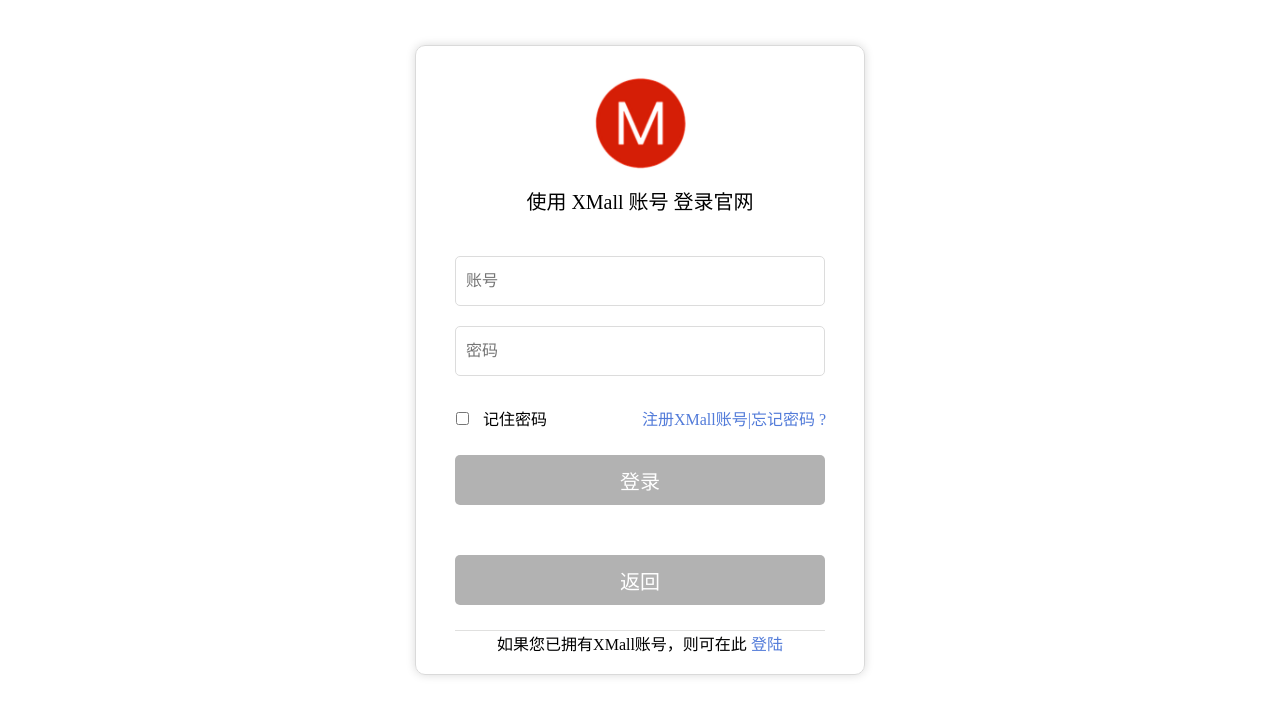
Repository: dingqihui1997/xmall-demo
Page: /signin
An editor plug-in stored every save of this project. The page is shown before and after the next save, followed by the edit.
The browser window is 1280 px wide. The pictures show the whole page.
The project was rebuilt for these pictures with package versions that can differ from the ones it lists, and the page was loaded fresh each time. Also part of the build but not shown: vue.config.js, src/views/Home.vue.

Above is the page before, as saved 2021-06-29 17:49:40.

### src/main.js
import Vue from 'vue'
import App from './App.vue'
import router from './router'
import store from './store'
import ElementUI from 'element-ui';
import 'element-ui/lib/theme-chalk/index.css';
Vue.use(ElementUI);
Vue.config.productionTip = false

new Vue({
  router,
  store,
  render: h => h(App)
}).$mount('#app')

### src/App.vue
<template>
  <div id="app">
    <router-view />
  </div>
</template>

<style lang="scss">
@import "./styles/common";
@import "./styles/ui";
</style>

### src/router/index.js
import Vue from 'vue'
import VueRouter from 'vue-router'
import Home from '../views/Home.vue'

Vue.use(VueRouter)

const routes = [
  {
    path: '/',
    name: 'Home',
    component: Home
  },
  {//登录
    path: '/signin',
    name: 'Signin',
    component: () => import('../components/signin/Signin.vue')
  },
  {//注册
    path: '/register',
    name: 'Register',
    component: () => import('../components/register/Register.vue')
  },


]

const router = new VueRouter({
  mode: 'history',
  base: process.env.BASE_URL,
  routes
})

export default router

### src/styles/common.scss
 * {
     margin: 0;
     padding: 0;
 }

 .center {
     //居中显示
     margin: auto;
     position: absolute;
     top: 0;
     bottom: 0;
     left: 0;
     right: 0;
 }

 * {
     box-sizing: border-box;
 }

 .wi100 {
     width: 100%;
 }

 .hei100 {
     height: 100%;
 }

 .pflex {
     position: fixed;
     /* 固定定位 */
 }

 .flex {
     display: flex;
 }

 .flex-wrap {
     /* 子元素换行排列 */
     display: flex;
     flex-wrap: wrap;
     align-items: center;
 }

 .flex-j {
     display: flex;
     justify-content: center;
     /* 水平方向居中 */
 }

 .flex-a {
     display: flex;
     align-items: center;
     /* 垂直方向居中 */
 }

 .flex-ja {
     /* felx-ja 垂直水平方向居中 */
     display: flex;
     align-items: center;
     justify-content: center;
 }

 .flex-sb {
     /* flex-sb 子元素两边排列 */
     display: flex;
     justify-content: space-between;
 }

 .flex-sba {
     /* flex-sb 子元素两边排列 bing居中 */
     display: flex;
     justify-content: space-between;
     align-items: center;
 }

 .flex-d {
     /* z子元素竖向排列 */
     display: flex;
     flex-direction: column;
 }

 .flex-di {
     /* 子元素竖向排列并居中 */
     display: flex;
     flex-direction: column;
     align-items: center;
 }

 .flex-dj {
     /* 子元素竖向排列并居中 */
     display: flex;
     flex-direction: column;
 }

 .flex-dji {
     /* 子元素竖向排列并水平垂直居中 */
     display: flex;
     flex-direction: column;
     align-items: center;
     justify-content: center;
 }

 .pad-t10 {
     padding-top: 10px;
 }

 .pad-t15 {
     padding-top: 15px;
 }

 .margin-r55 {
     margin-right: 55px;
 }

 .marginauto {
     margin: 0 auto;
 }

 .img100 {
     width: 100%;
     height: 100%;
 }

 .img50 {
     width: 50%;
     height: 50%;
 }

 .imgh100 {
     height: 100%;
 }

 .img45 {
     width: 45%;
     height: 45%;
 }

 .img80 {
     width: 80%;
     height: 80%;
 }

 .font20 {
     font-size: 20px;
 }

 .font18 {
     font-size: 18px;
 }

 .font16 {
     font-size: 16px;
 }

 .font14 {
     font-size: 14px;
 }

 .font12 {
     font-size: 12px;
 }

 .flex1 {
     flex: 1;
 }

 .flex2 {
     flex: 1.5;
 }

 .color30 {
     color: #000000;
 }

 .color3f {
     /* 白色 */
     color: #fff;
 }

 .margin-t10 {
     margin-top: 10px;
 }

 .margin-t5 {
     margin-top: 5px;
 }

 .margin-t20 {
     margin-top: 20px;
 }

 .margin-r5 {
     margin-right: 5px;
 }

 .margin-r15 {
     margin-right: 15px;
 }

 .margin-r10 {
     margin-right: 10px;
 }

 .margin-r20 {
     margin-right: 20px;
 }

 .margin-r30 {
     margin-right: 30px;
 }

 .margin-l10 {
     margin-left: 10px;
 }

 .margin-l20 {
     margin-left: 20px;
 }

 .margin-b10 {
     margin-bottom: 10px;
 }

 .text-de {
     /* 有下划线 */
     text-decoration: underline;
 }

 .text-li {
     text-decoration: line-through;
     /* 删除线 */
 }

 .font-w7 {
     /* 加粗 */
     font-weight: 700;
 }

 .fontstyle-i {
     /* 斜体 */
     font-style: italic;
 }

 .shuoming {
     position: relative;
     top: 55px
 }

 .textr {
     text-align: right;
 }

### src/styles/ui.scss
.login {
    .el-input__inner {
        width: 370px;
        height: 50px;
    }

    .el-input__suffix {
        position: absolute;
        right: 50px;
    }

    .el-input {
        position: relative;
    }
}

### src/components/signin/Signin.vue
<template>
  <!-- 登录页面 -->
  <div class="one">
    <div class="box center flex-d login">
      <div class="top">
        <div class="flex-ja"><img src="../../assets/log1.png" alt="" /></div>
        <div class="flex-ja">使用 XMall 账号 登录官网</div>
      </div>
      <!-- 账号 -->
      <div class="flex-ja name">
        <input type="text" placeholder="账号" class="ipt" v-model="username" />
      </div>
      <!-- 密码 -->
      <div class="flex-ja name">
        <input
          type="password"
          placeholder="密码"
          class="ipt"
          v-model="password"
        />
      </div>
      <div class="flex-sb choice">
        <div>
          <input type="checkbox" class="inpt" v-model="checked" /> 记住密码
        </div>
        <div><span>注册XMall账号|</span><span>忘记密码 ?</span></div>
      </div>
      <div class="flex-ja regis">
        <!-- 动态绑定属性，最先是true禁用状态 -->
        <button
          :disabled="flag"
          :class="{ back: flag === false }"
          @click="goto"
        >
          登录
        </button>
      </div>
      <div class="flex-ja regis">
        <!-- 动态绑定属性，最先是true禁用状态 -->
        <button
          :disabled="flag"
          :class="{ back: flag === false }"
          @click="goto"
        >
          返回
        </button>
      </div>
      <div class="flex-ja">
        <div class="bottom flex-ja">
          如果您已拥有XMall账号，则可在此<span>&nbsp;登陆</span>
        </div>
      </div>
    </div>
  </div>
</template>

<script>
import axios from "axios";
export default {
  name: "",
  props: {},
  data() {
    return {
      username: "",
      password: "",
      Repeat: "",
      flag: true, //最开始禁用按钮
      checked: false,
    };
  },
  components: {},
  methods: {
    goto() {
      if (this.checked === false) {
        this.$message.error("您未勾选同意我们的相关注册协议");
      }
      if (this.password !== this.Repeat) {
        this.$message.error("两次输入的密码不相同");
      }
      if (this.password === this.Repeat && this.checked === true) {
        axios
          .post("/api/users/register", {
            username: this.username,
            password: this.password,
          })
          .then((res) => {
            console.log(res);
          })
          .catch((err) => {
            console.log("请求失败", err);
          });
      }
    },
  },
  mounted() {},
  computed: {},
  watch: {
    username(val) {
      this.username = val;
    },
    password(val) {
      this.password = val;
    },
    Repeat(val) {
      //账号和密码都输入了内容后，然后就不禁用button
      this.Repeat = val;
      if (this.username !== "" && this.password !== "" && val !== "") {
        this.flag = false;
        // console.log(val);
      } else {
        this.flag = true;
      }
    },
  },
};
</script>

<style lang='scss' scoped>
.box {
  width: 450px;
  height: 630px;
  border: 1px solid #dadada;
  border-radius: 10px;
  box-shadow: 0 0 10px #dadada;
}
.one {
  height: 100vh;
}
.top {
  height: 200px;
  font-size: 20px;
  //   margin-bottom: 35px;
  padding-top: 25px;
}
.top img {
  margin-bottom: 10px;
}
.ipt {
  width: 370px;
  height: 50px;
  outline: none;
  border: 1px #dcdcdc solid;
  border-radius: 5px;
  padding-left: 10px;
  font-size: 16px;
}
button {
  margin: 25px 0px;
  width: 370px;
  height: 50px;
  border-radius: 5px;
  border: none;
  color: #fff;
  font-size: 20px;
  background-color: #b2b2b2; //最开始设置成灰色背景颜色
}

span {
  color: #527bd9;
}

.name {
  margin-top: 10px;
  margin-bottom: 10px;
  text-align: center;
}
.choice {
  margin-top: 20px;
  width: 370px;
  position: relative;
  left: 40px;
}
.regis {
  padding: 0 35px;
}
.inpt {
  margin-right: 10px;
}
.bottom {
  width: 370px;
  border-top: 1px #e0e0df solid;
  padding-top: 10px 0 10px 0;
}
.back {
  background-color: #5f86e4; //当按钮不禁用的时候就显示蓝色，然后添加hover的效果
  &:hover {
    background-color: #6283cf;
  }
}
</style>

Loaded but not shown: public/index.html (common file); src/store/index.js (common file)

After the next save:
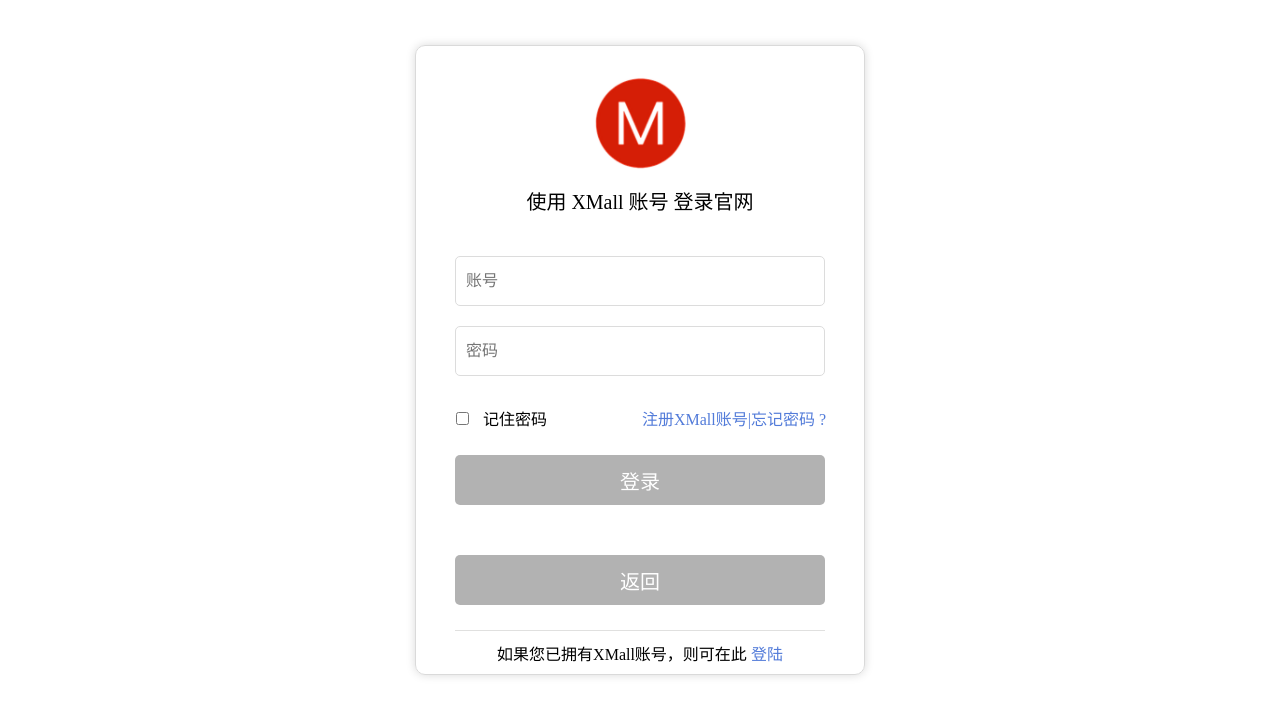
Saved 15 s later.
--- a/src/components/signin/Signin.vue
+++ b/src/components/signin/Signin.vue
@@ -179,7 +179,7 @@
 .bottom {
   width: 370px;
   border-top: 1px #e0e0df solid;
-  padding-top: 10px 0 10px 0;
+  padding-top: 10px;
 }
 .back {
   background-color: #5f86e4; //当按钮不禁用的时候就显示蓝色，然后添加hover的效果
